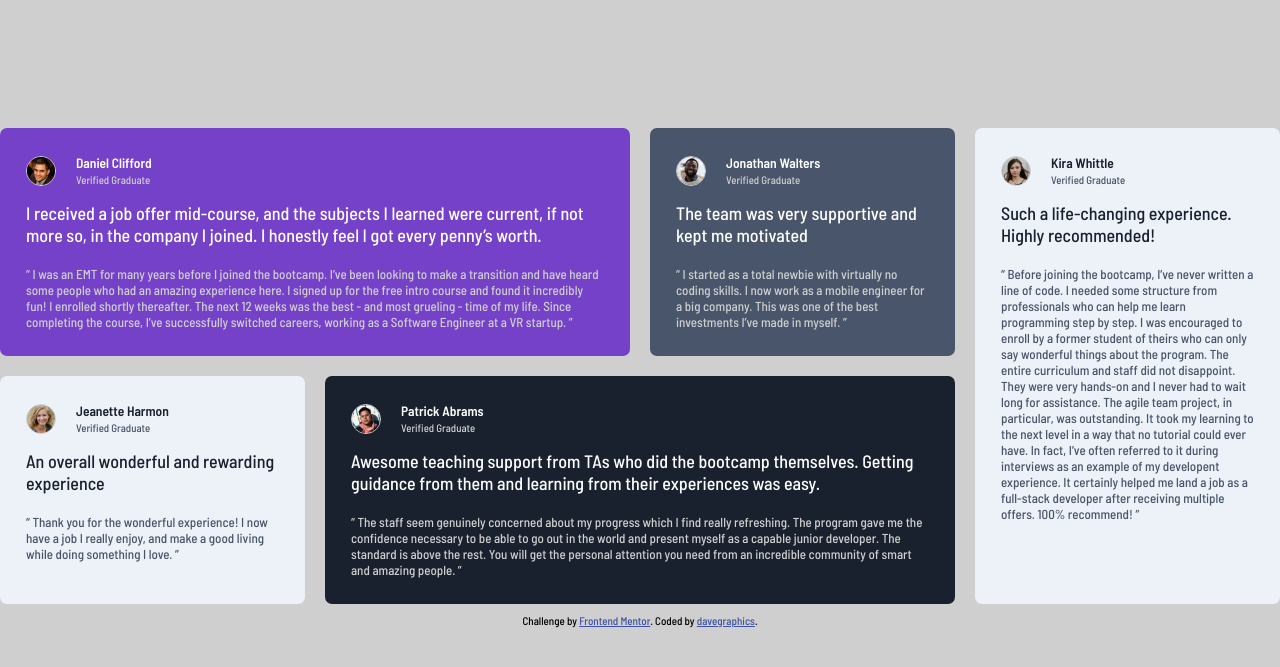
Repository: DejV44/testimonials_grid_section_main
Page: index.html
An editor plug-in stored every save of this project. The page is shown before and after the next save, followed by the edit.
The browser window is 1280 px wide. The pictures show the whole page.
The style sheet was rebuilt from its Sass, Less or Tailwind sources for each picture, by a compiler version that may differ from the author's.

Above is the page before, as saved 2021-07-15 20:50:45.

After the next save:
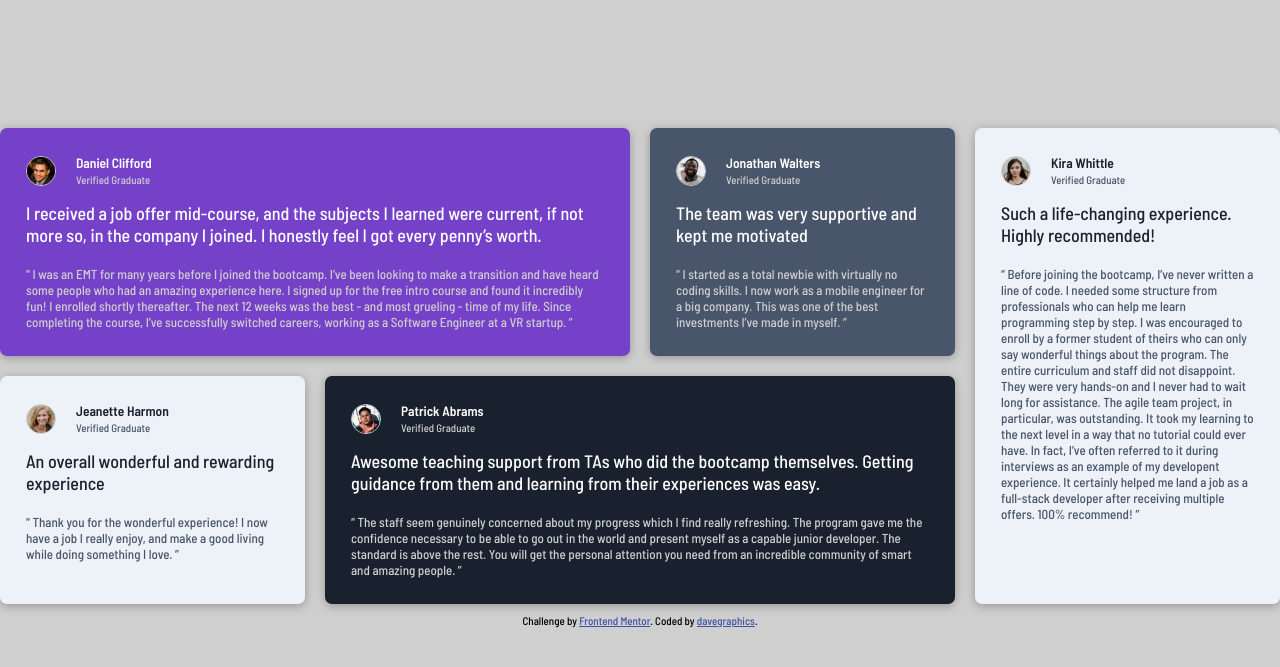
Saved 28 s later.
--- a/css/style.scss
+++ b/css/style.scss
@@ -26,7 +26,7 @@ body {
     .cards {
       padding: 2em;
       border-radius: 7px;
-      box-shadow: rgba(128, 128, 128, 0.712) 0 0 30px 0 10px;
+      box-shadow: rgba(128, 128, 128, 0.712) 0 2px 10px;
 
       &.violet {
         background-color: $ModerateViolet;
